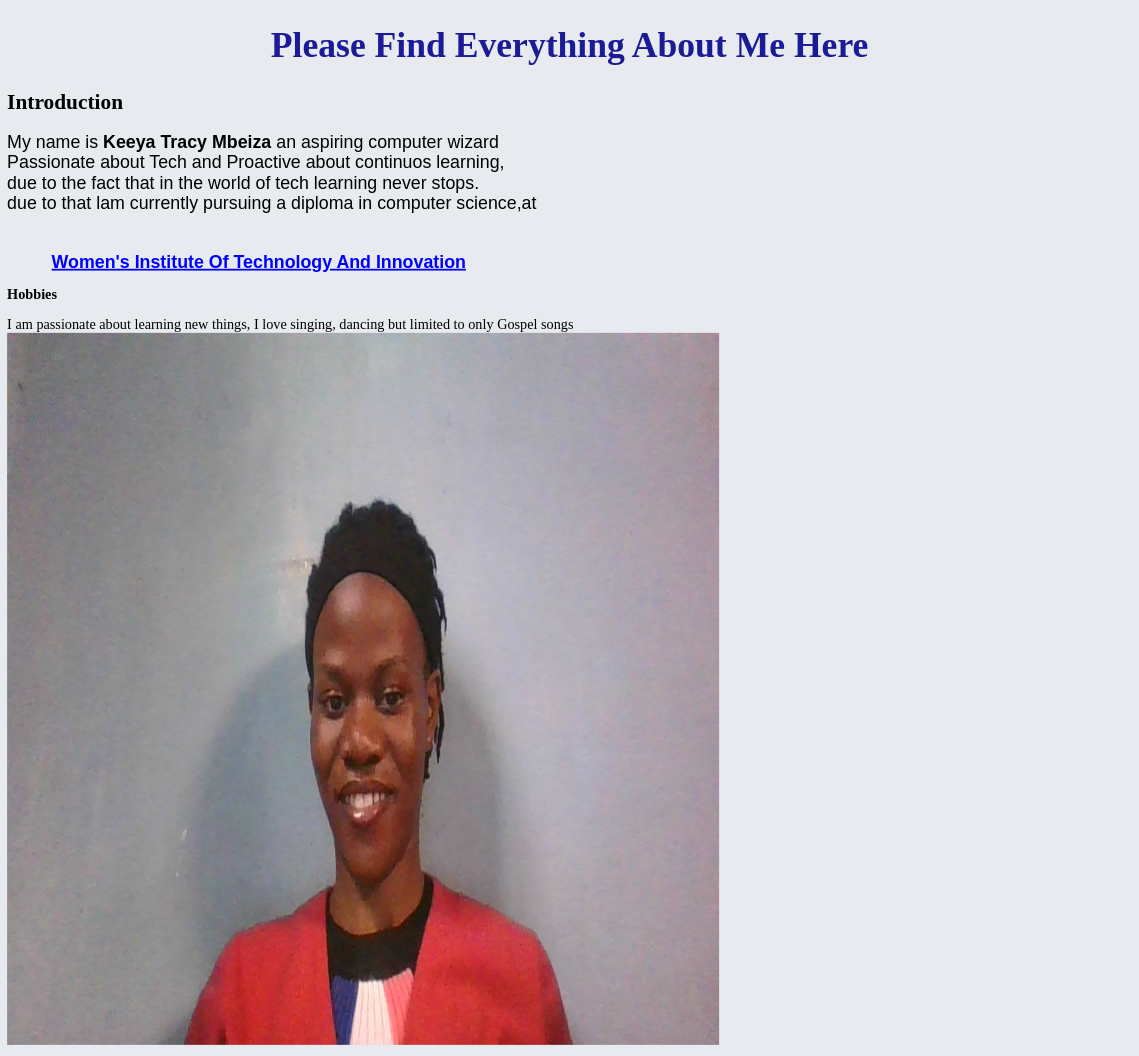
Repository: tracykeeya/my_first_web
Page: index.html
The author's editor kept a copy of each file at every save. The page is drawn from the files as they stood at one save, then again after a run of saves.
The browser window is 1280 px wide. The pictures show the whole page, at 89% of full size.

Above is the page before, as saved 2025-11-03 11:31:34.

### index.html
<!DOCTYPE html>
<html lang="en">
<head>
    <meta charset="UTF-8">
    <meta name="viewport" content="width=device-width, initial-scale=1.0">
    <title>My First Web Page</title>
</head>
<body style="background-color: rgb(231, 234, 238)" font-family="Arial, Helvetica, sans-serif" margin: 40px; color: #333;>
    <h1 style="text-align: center; color: rgb(27, 27, 151); font-size: 40px; margin-bottom: 30P;">Please Find Everything About Me Here</h1>
    <h2>Introduction</h2>

    <p style="font-size: 20px; font-family: Arial, Helvetica, sans-serif; text-align: left; color: rgb(0, 0, 0)">My name is<strong> Keeya Tracy Mbeiza</strong> an aspiring computer wizard<br>Passionate about Tech and Proactive about continuos learning,<br> due to the fact that in the world of tech learning never stops.<br> due to that lam currently pursuing a diploma in computer science,at<br>
        </br></p>
    <a href="https://www.witi.ac.ug/" style="position: relative; left: 50px; color: rgb(0, 0, 255); font-size: 20px; font-family: Arial, Helvetica, sans-serif"><b> Women's Institute Of Technology And Innovation</b></a>

    <p><b>Hobbies</b></p>
    I am passionate about learning new things,
    I love singing, dancing but limited to only Gospel songs


    <!-- <img src="https://www.witi.ac.ug/wp-content/uploads/2020/08/WhatsApp-Image-2020-08-14-at-11.16.16-AM.jpeg" alt=""> -->
    <img src="/Tracy.jpg " alt="" width="800" height="800";>

</body>
</html>

After the next 3 saves:
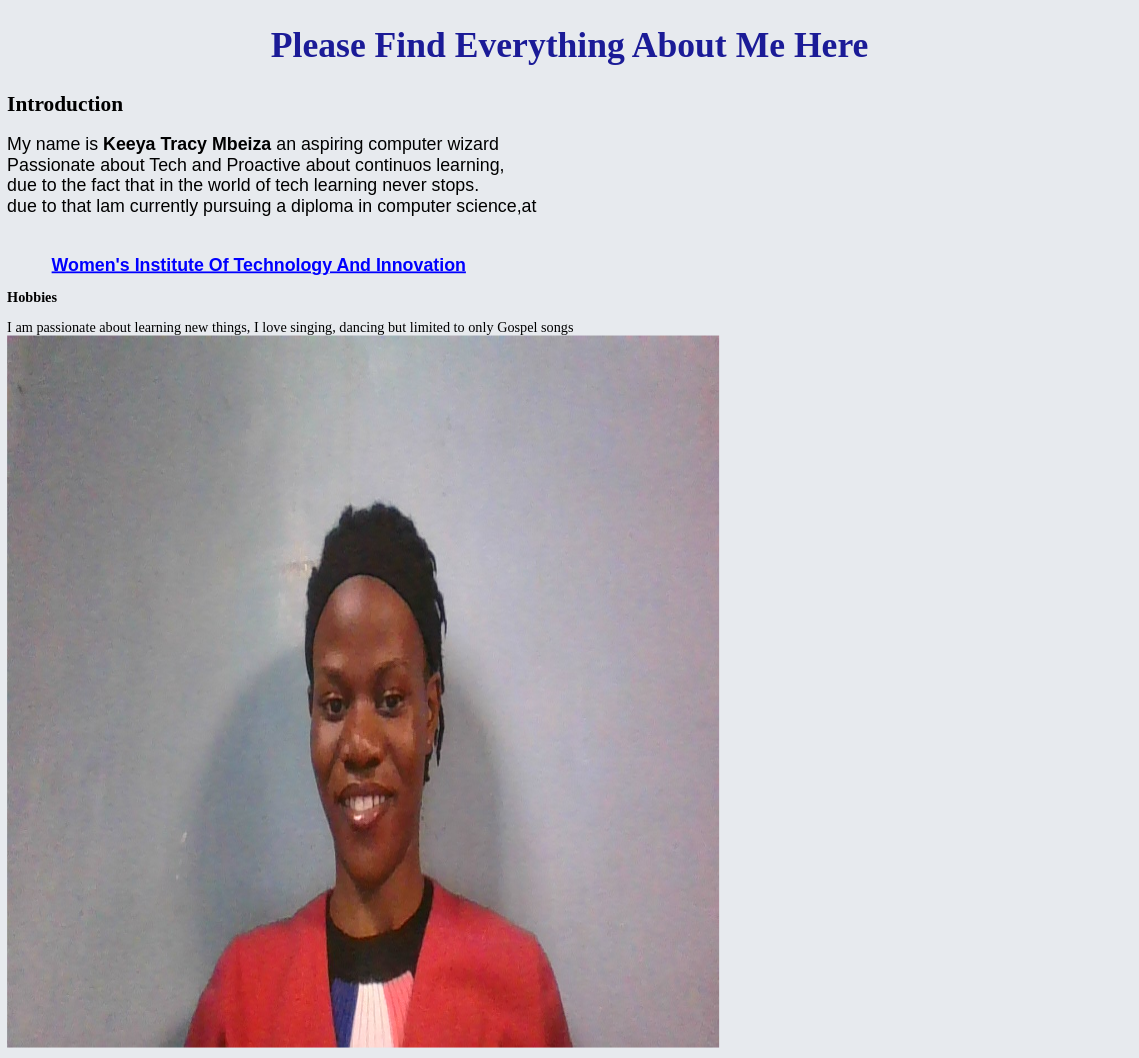
The 3 saves are shown as one change because they came seconds apart.
The last was saved 9 s later.
--- a/index.html
+++ b/index.html
@@ -6,7 +6,7 @@
     <title>My First Web Page</title>
 </head>
 <body style="background-color: rgb(231, 234, 238)" font-family="Arial, Helvetica, sans-serif" margin: 40px; color: #333;>
-    <h1 style="text-align: center; color: rgb(27, 27, 151); font-size: 40px; margin-bottom: 30P;">Please Find Everything About Me Here</h1>
+    <h1 style="text-align: center; color: rgb(27, 27, 151); font-size: 40px; margin-bottom: 30px;">Please Find Everything About Me Here</h1>
     <h2>Introduction</h2>
 
     <p style="font-size: 20px; font-family: Arial, Helvetica, sans-serif; text-align: left; color: rgb(0, 0, 0)">My name is<strong> Keeya Tracy Mbeiza</strong> an aspiring computer wizard<br>Passionate about Tech and Proactive about continuos learning,<br> due to the fact that in the world of tech learning never stops.<br> due to that lam currently pursuing a diploma in computer science,at<br>
